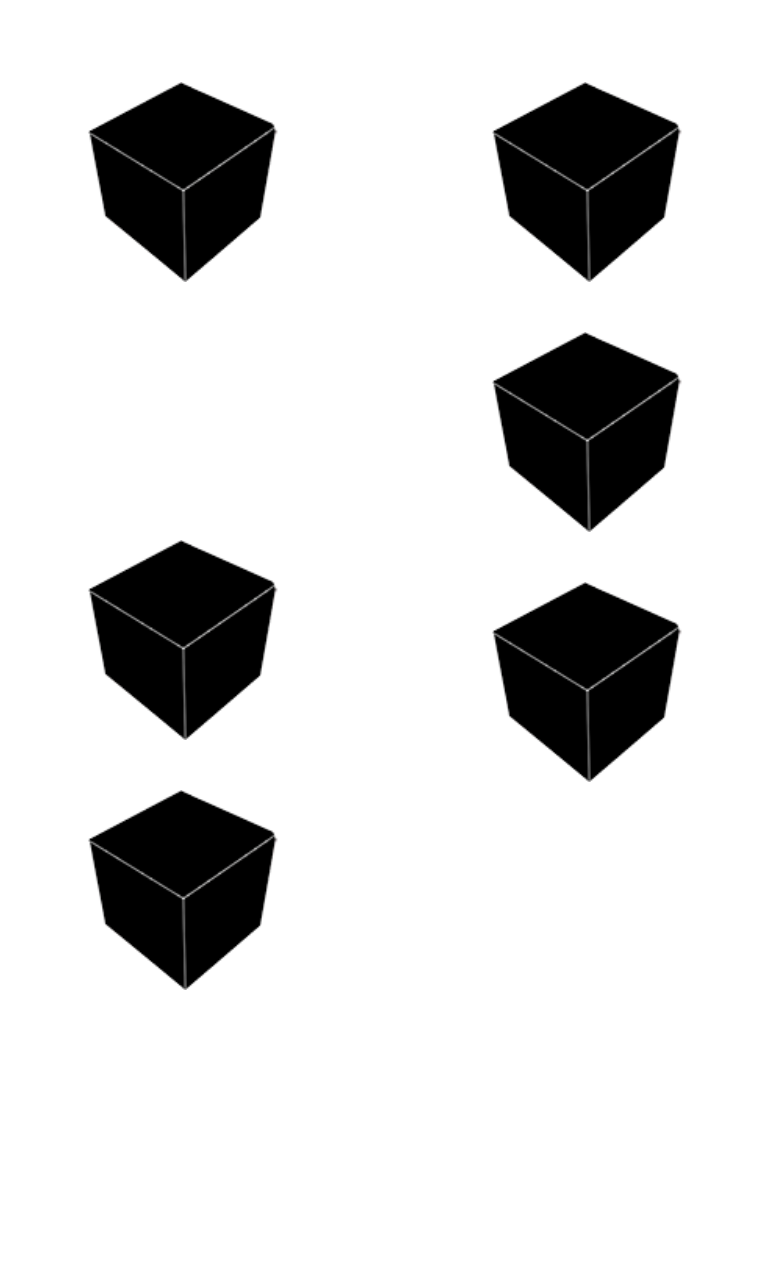
Repository: DSKarramba/university
Layout: models_and_methods_ICS/lab_01/code/calc/res/layout/activity_main.xml
An editor plug-in stored every save of this project. The layout is shown before and after the next save, followed by the edit.
It is drawn on a 768 x 1280 px phone screen (xhdpi) without system bars, with theme AppTheme; the app's code is not run.

Above is the layout before, as saved 2014-12-11 03:36:51.

### models_and_methods_ICS/lab_01/code/calc/res/layout/activity_main.xml
<RelativeLayout xmlns:android="http://schemas.android.com/apk/res/android"
    xmlns:tools="http://schemas.android.com/tools"
    android:layout_width="match_parent"
    android:layout_height="match_parent"
    android:layout_gravity="top"
    android:paddingBottom="@dimen/activity_vertical_margin"
    android:paddingLeft="@dimen/activity_horizontal_margin"
    android:paddingRight="@dimen/activity_horizontal_margin"
    android:paddingTop="@dimen/activity_vertical_margin"
    tools:context="com.example.calc.MainActivity" >

    <ImageButton
        android:id="@+id/img1"
        android:layout_width="100dp"
        android:layout_height="100dp"
        android:layout_alignParentLeft="true"
        android:layout_alignParentTop="true"
        android:layout_marginLeft="25dp"
        android:layout_marginTop="25dp"
        android:background="@android:color/transparent"
        android:contentDescription="@string/str_box"
        android:scaleType="fitCenter"
        android:src="@drawable/box" />

    <ImageButton
        android:id="@+id/img2"
        android:layout_width="100dp"
        android:layout_height="100dp"
        android:layout_alignParentRight="true"
        android:layout_alignParentTop="true"
        android:layout_marginRight="25dp"
        android:layout_marginTop="25dp"
        android:background="@android:color/transparent"
        android:contentDescription="@string/str_box"
        android:scaleType="fitCenter"
        android:src="@drawable/box" />

    <ImageButton
        android:id="@+id/img4"
        android:layout_width="100dp"
        android:layout_height="100dp"
        android:layout_alignParentRight="true"
        android:layout_below="@+id/img2"
        android:layout_marginRight="25dp"
        android:layout_marginTop="25dp"
        android:background="@android:color/transparent"
        android:contentDescription="@string/str_box"
        android:scaleType="fitCenter"
        android:src="@drawable/box" />

    <ImageButton
        android:id="@+id/img5"
        android:layout_width="100dp"
        android:layout_height="100dp"
        android:layout_alignParentLeft="true"
        android:layout_below="@+id/img3"
        android:layout_marginLeft="25dp"
        android:layout_marginTop="25dp"
        android:background="@android:color/transparent"
        android:contentDescription="@string/str_box"
        android:scaleType="fitCenter"
        android:src="@drawable/box" />

    <ImageButton
        android:id="@+id/img6"
        android:layout_width="100dp"
        android:layout_height="100dp"
        android:layout_alignParentRight="true"
        android:layout_below="@+id/img4"
        android:layout_marginRight="25dp"
        android:layout_marginTop="25dp"
        android:background="@android:color/transparent"
        android:contentDescription="@string/str_box"
        android:scaleType="fitCenter"
        android:src="@drawable/box" />

    <ImageButton
        android:id="@+id/img3"
        android:layout_width="100dp"
        android:layout_height="100dp"
        android:layout_alignLeft="@+id/img5"
        android:layout_centerVertical="true"
        android:background="@android:color/transparent"
        android:contentDescription="@string/str_box"
        android:scaleType="fitCenter"
        android:src="@drawable/box" />

</RelativeLayout>

### models_and_methods_ICS/lab_01/code/calc/res/values/strings.xml
<?xml version="1.0" encoding="utf-8"?>
<resources>

    <string name="app_name">cats</string>
    <string name="action_settings">Settings</string>
    <string name="str_box">box</string>

</resources>

Loaded but not shown: models_and_methods_ICS/lab_01/code/calc/res/values/styles.xml (common file); models_and_methods_ICS/lab_01/code/calc/res/values-v11/styles.xml (common file); models_and_methods_ICS/lab_01/code/calc/res/values-v14/styles.xml (common file); models_and_methods_ICS/lab_01/code/calc/res/values/dimens.xml (common file); models_and_methods_ICS/lab_01/code/calc/res/values-w820dp/dimens.xml (common file)

After the next save:
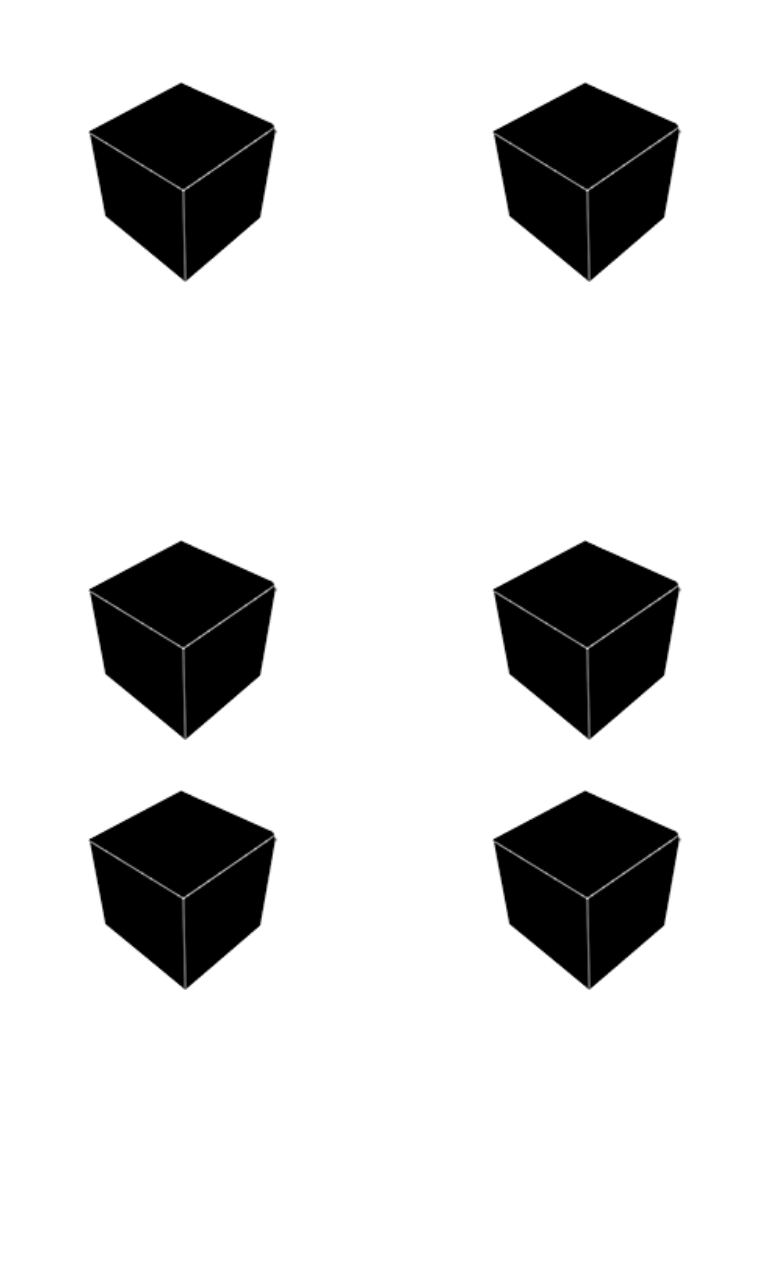
Saved 30 s later.
--- a/models_and_methods_ICS/lab_01/code/calc/res/layout/activity_main.xml
+++ b/models_and_methods_ICS/lab_01/code/calc/res/layout/activity_main.xml
@@ -36,19 +36,6 @@
         android:src="@drawable/box" />
 
     <ImageButton
-        android:id="@+id/img4"
-        android:layout_width="100dp"
-        android:layout_height="100dp"
-        android:layout_alignParentRight="true"
-        android:layout_below="@+id/img2"
-        android:layout_marginRight="25dp"
-        android:layout_marginTop="25dp"
-        android:background="@android:color/transparent"
-        android:contentDescription="@string/str_box"
-        android:scaleType="fitCenter"
-        android:src="@drawable/box" />
-
-    <ImageButton
         android:id="@+id/img5"
         android:layout_width="100dp"
         android:layout_height="100dp"
@@ -75,6 +62,17 @@
         android:src="@drawable/box" />
 
     <ImageButton
+        android:id="@+id/img4"
+        android:layout_width="100dp"
+        android:layout_height="100dp"
+        android:layout_alignLeft="@+id/img6"
+        android:layout_alignTop="@+id/img3"
+        android:background="@android:color/transparent"
+        android:contentDescription="@string/str_box"
+        android:scaleType="fitCenter"
+        android:src="@drawable/box" />
+
+    <ImageButton
         android:id="@+id/img3"
         android:layout_width="100dp"
         android:layout_height="100dp"
